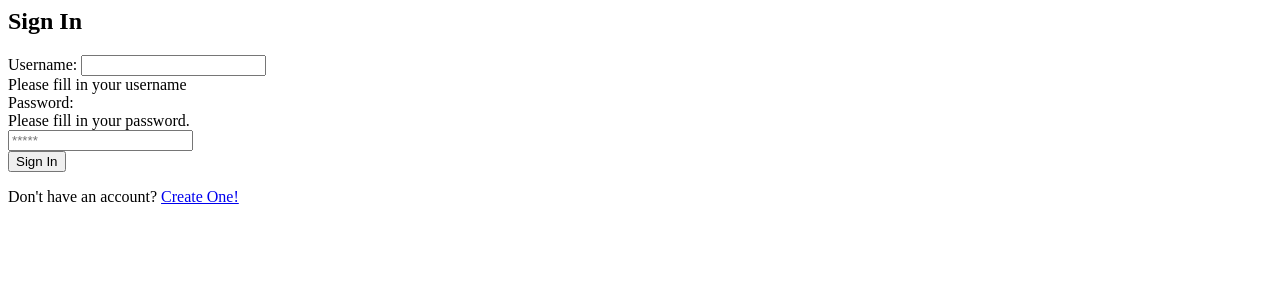
Repository: MikeMoore55/TheLibrary
Page: http://localhost/src/public/pages/sign-in.page.php
An editor plug-in stored every save of this project. The page is shown before and after the next save, followed by the edit.
The browser window is 1280 px wide. The pictures show the whole page.
The page is run by PHP 8.4 with error messages shown; the project is at /var/www/html/.

Above is the page before, as saved 2022-07-07 09:01:32.

After the next save:
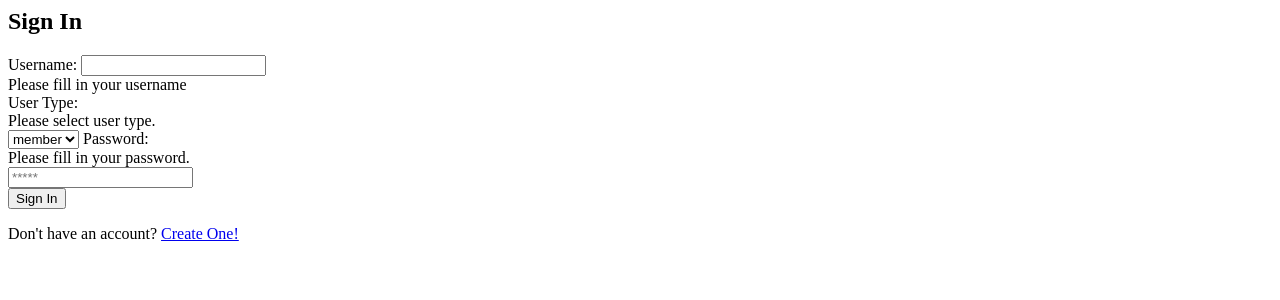
Saved 16 s later.
--- a/src/public/pages/sign-in.page.php
+++ b/src/public/pages/sign-in.page.php
@@ -11,6 +11,16 @@
             Please fill in your username
         </div>
         <label for="exampleFormControlInput2" class="form-label">
+            User Type:
+        </label>
+        <div class="invalid-feedback">
+            Please select user type.
+        </div>
+        <select class="form-select" aria-label="Default select example" name="userType">
+            <option>member</option>
+            <option>librarian</option>
+        </select>
+        <label for="exampleFormControlInput2" class="form-label">
             Password:
         </label>
         <div class="invalid-feedback">
